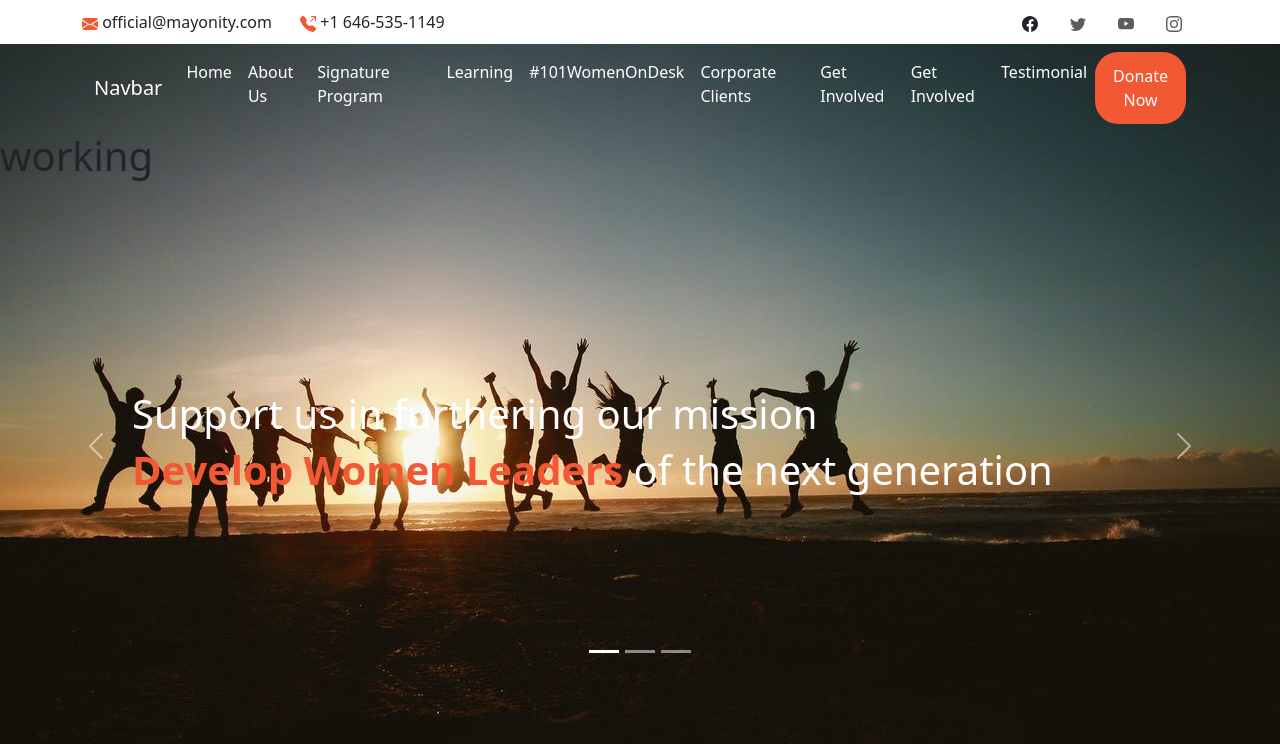
Repository: rizwan-zafar/wings
Page: /
These files come from the project's save history. The page is drawn as it stood at one moment and after the next save; the edit follows.
The browser window is 1280 px wide. The pictures show the whole page.
The project was rebuilt for these pictures with package versions that can differ from the ones it lists, and the page was loaded fresh each time.

Above is the page before, as saved 2022-11-26 22:45:13.

After the next save:
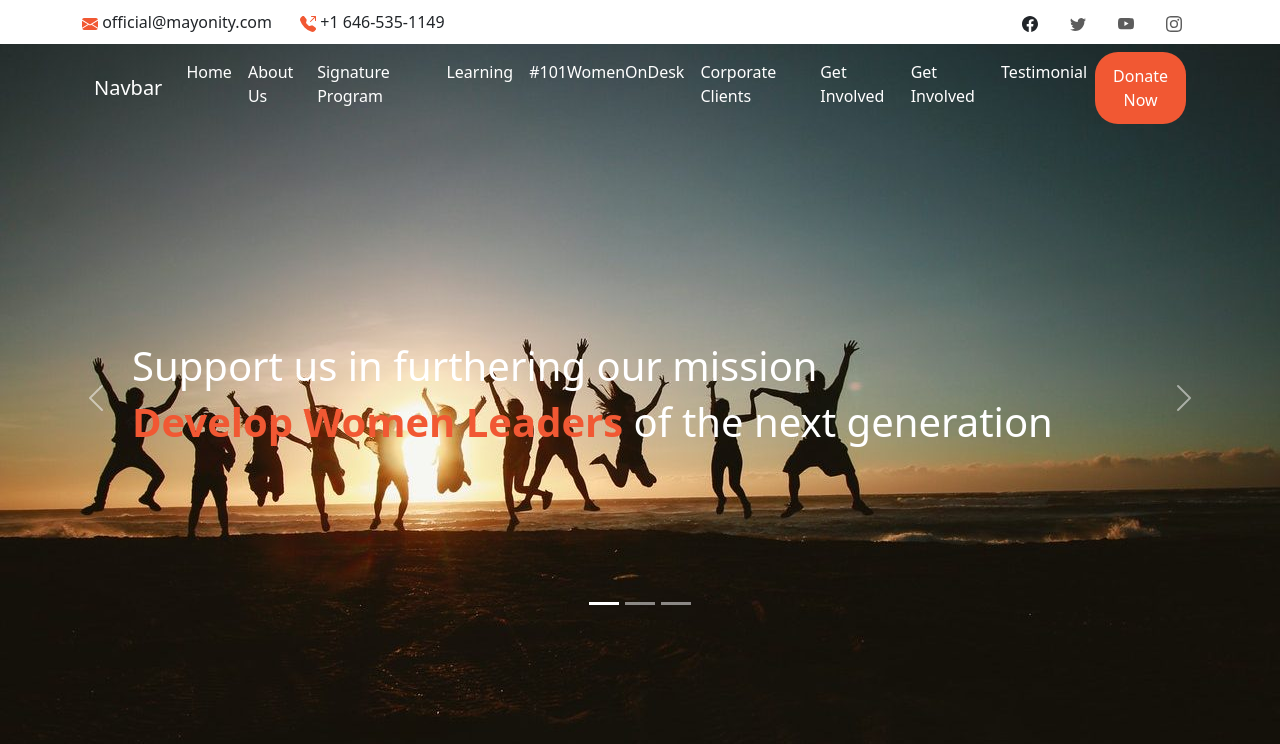
Saved 3 min 3 s later.
--- a/src/Components/Slider.js
+++ b/src/Components/Slider.js
@@ -5,8 +5,7 @@ export default function Slider() {
     return (
         <div className="set-slider">
             <Navbar />
-            <h1>working</h1>
-            <div id="carouselExampleCaptions" className=" carousel slide" data-bs-ride="false">
+             <div id="carouselExampleCaptions" className=" carousel slide" data-bs-ride="false">
                 <div className="carousel-indicators">
                     <button type="button" data-bs-target="#carouselExampleCaptions" data-bs-slide-to="0" className="active" aria-current="true" aria-label="Slide 1"></button>
                     <button type="button" data-bs-target="#carouselExampleCaptions" data-bs-slide-to="1" aria-label="Slide 2"></button>
